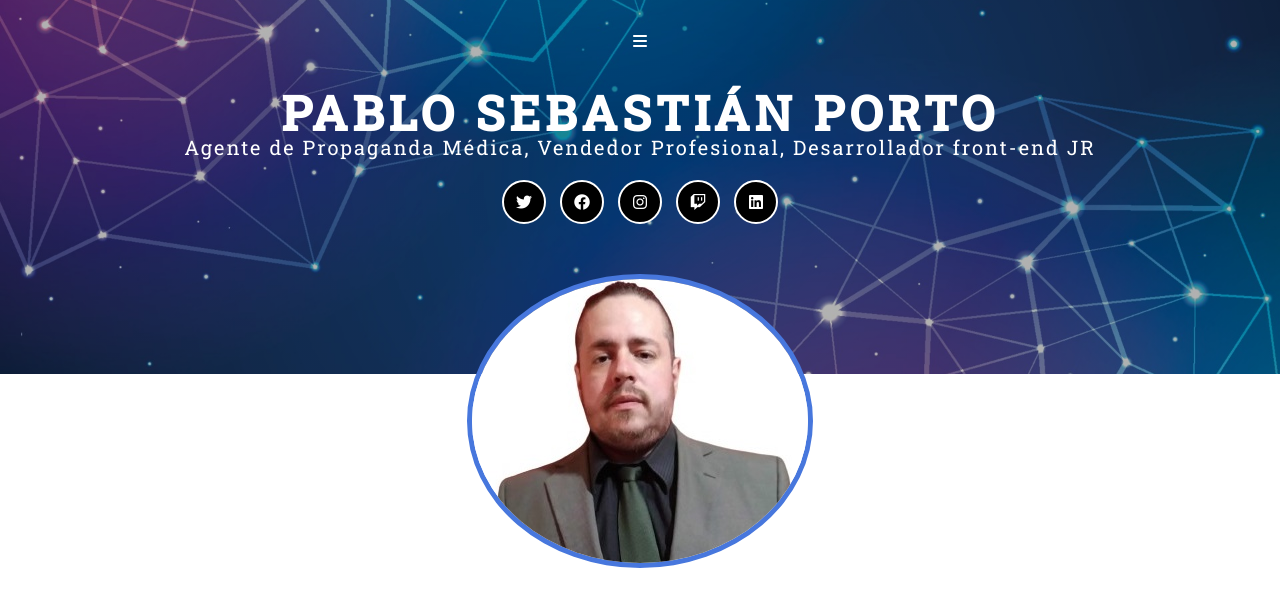
Repository: PabloSebastianPorto/Entrega-CV-1-ARG-PROG
Page: CVFINAL/CVfinal.HTML
The author's editor kept a copy of each file at every save. The page is drawn from the files as they stood at one save, then again after the next save.
The browser window is 1280 px wide. The pictures show the whole page.
Some web libraries are served in a nearby version.

Above is the page before, as saved 2023-02-25 18:50:42.

After the next save:
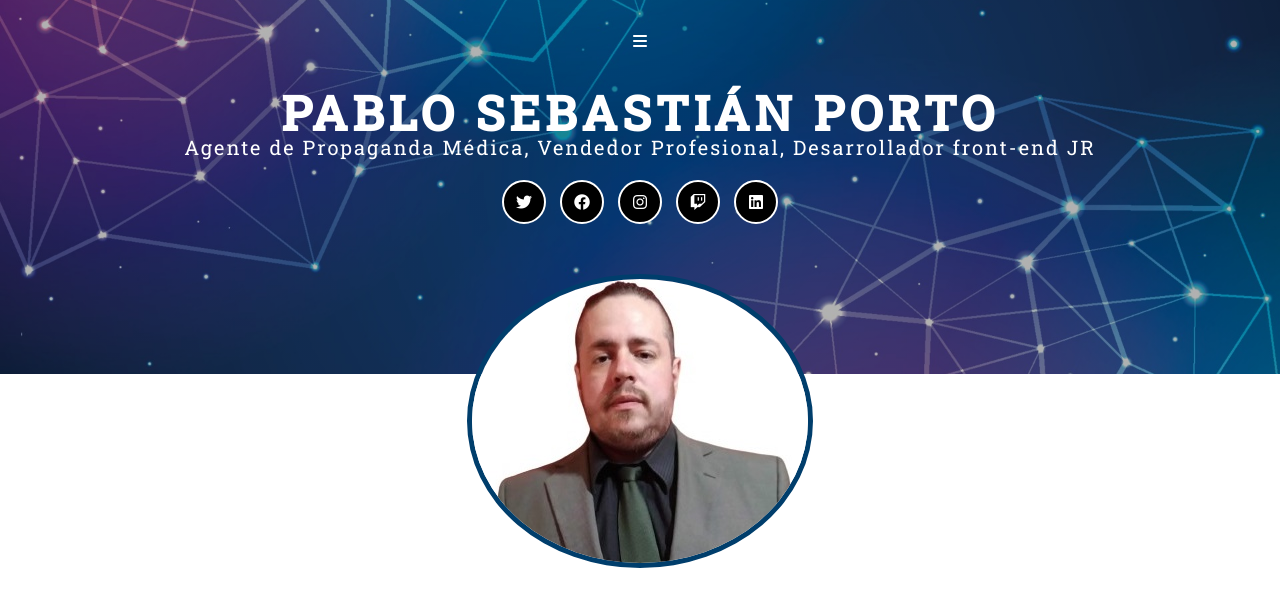
Saved 8 min 29 s later.
--- a/CVFINAL/CVfinal.css
+++ b/CVFINAL/CVfinal.css
@@ -85,7 +85,7 @@ html {
 }
 .inicio .contenido-seccion .info .redes a:hover {
   color: #fff;
-  background-color: #4777dd;
+  background-color: #003e6c;
   box-shadow: 0 0 20px #fff;
 }
 .inicio .contenido-seccion .foto {
@@ -95,7 +95,7 @@ html {
   max-width: 350px;
   max-height: 350px;
   border-radius: 50%;
-  border: 5px solid #4777dd;
+  border: 5px solid #003e6c;
   position: absolute;
   left: 50%;
   top: -100px;
